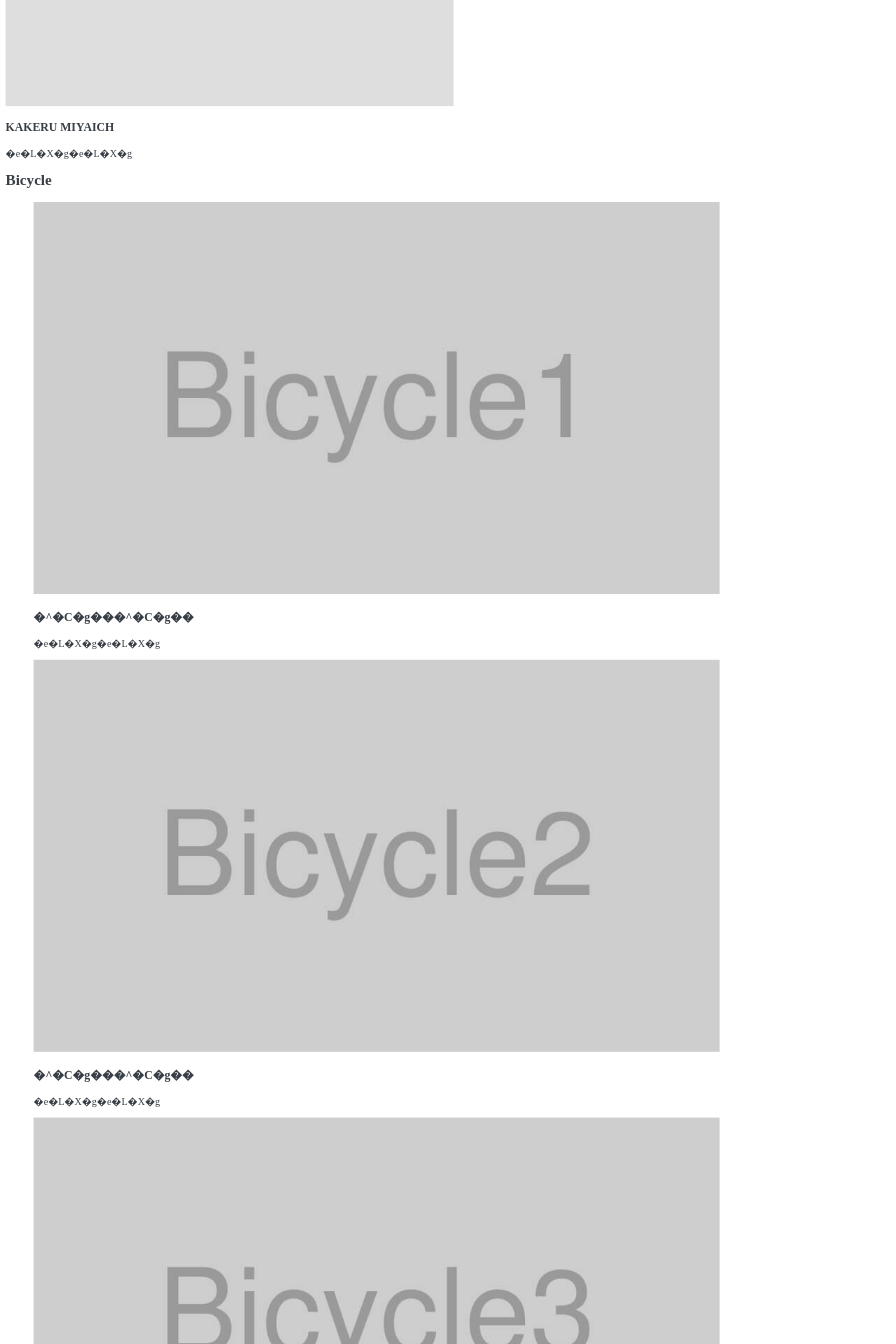
Repository: Fuki-san/bicycle
Page: http://localhost/profile
These files come from the project's save history. The page is drawn as it stood at one moment and after the next save; the edit follows.
The browser window is 1280 px wide. The pictures show the part of the page from y = 1911 to 3831 px (the page is 4194 px tall before and 4223 px after), at 70% of full size.
The page is served by the project's Laravel application, run on PHP 8.4 with Laravel 10. Other server files are loaded and not shown.

Above is the page before, as saved 2023-11-18 11:20:40.

### routes/web.php
<?php

use Illuminate\Support\Facades\Route;

/*
|--------------------------------------------------------------------------
| Web Routes
|--------------------------------------------------------------------------
|
| Here is where you can register web routes for your application. These
| routes are loaded by the RouteServiceProvider and all of them will
| be assigned to the "web" middleware group. Make something great!
|
*/

Route::get('profile', function() {
    return view('bicycle');
})->name('profile');

### resources/views/bicycle.blade.php
@extends('layouts.main')

@section('title', 'Bicycle')

### resources/views/layouts/main.blade.php
<!DOCTYPE html>
<html lang="ja">

<head>
    <meta charset="UTF-8">
    <meta name="viewport" content="width=device-width, initial-scale=1.0">
    <meta http-equiv="X-UA-Compatible" content="ie=edge">
    <link rel="stylesheet" href="{{ asset('css/reset.css') }}">
    <link rel="stylesheet" href="{{ asset('css/style.css') }}">
    <link rel="icon" href="images/img/favicon.ico">
    <title>@yield('title')</title>
</head>

<body>
    <header class="wrapper" id="header">
        <h1 class="site-title"><a href="{{ route('profile') }}"><img src="images/img/logo.svg"></a></h1>
        <nav>
            <ul>
                <li><a href="#about">About</a></li>
                <li><a href="#bicycle">Bicycle</a></li>
            </ul>
        </nav>
    </header>

    <main>
        <div id="mainvisual"><img src="images/img/mainvisual.jpg"></div>

        <section id="about" class="wrapper">
            <h2 class="section-title">About</h2>
            <div class="content">
                <img src="images/img/about.jpg">
                <div class="text">
                    <h3 class="content-title">KAKERU MIYAICH</h3>
                    <p>ƒeƒLƒXƒgƒeƒLƒXƒg</p>
                </div>
            </div>
        </section>

        <section id="bicycle" class="wrapper">
            <h2 class="section-title">Bicycle</h2>
                <ul>
                    <li><img src="images/img/bicycle1.jpg">
                        <h3 class="content-title">ƒ^ƒCƒgƒ‹ƒ^ƒCƒgƒ‹</h3>
                        <p>ƒeƒLƒXƒgƒeƒLƒXƒg</p>
                    </li>
                    <li><img src="images/img/bicycle2.jpg">
                        <h3 class="content-title">ƒ^ƒCƒgƒ‹ƒ^ƒCƒgƒ‹</h3>
                        <p>ƒeƒLƒXƒgƒeƒLƒXƒg</p>
                    </li>
                    <li><img src="images/img/bicycle3.jpg">
                        <h3 class="content-title">ƒ^ƒCƒgƒ‹ƒ^ƒCƒgƒ‹</h3>
                        <p>ƒeƒLƒXƒgƒeƒLƒXƒg</p>
                    </li>
                </ul>
        </section>
    </main>

    <footer id="footer">
        <p>&copy; 2023 Profile</p>
    </footer>
</body>

</html>

### public/css/style.css
@charset "UTF-8";

html{
    font-size: 100%;
}

body{
    font-size: 0.9rem;
    color: #383e45;
}

img{
    max-width: 100%;
}

li{
    list-style: none;
}

a{
    text-decoration: none;
}

.site-title a{
    display: block;
}

.section-title{
    display: ;
}

### public/img/logo.svg
<?xml version="1.0" encoding="utf-8"?>
<!-- Generator: Adobe Illustrator 15.1.0, SVG Export Plug-In . SVG Version: 6.00 Build 0)  -->
<!DOCTYPE svg PUBLIC "-//W3C//DTD SVG 1.1//EN" "http://www.w3.org/Graphics/SVG/1.1/DTD/svg11.dtd">
<svg version="1.1" id="レイヤー_1" xmlns="http://www.w3.org/2000/svg" xmlns:xlink="http://www.w3.org/1999/xlink" x="0px"
	 y="0px" width="1500px" height="500px" viewBox="0 0 1500 500" enable-background="new 0 0 1500 500" xml:space="preserve">
<g>
	<rect x="0" fill="#393E46" width="1500" height="500"/>
</g>
<g>
	<path fill="#FFFFFF" d="M314.698,365.466h-48.583v-232.55h106.235c45.02,0,72.227,28.825,72.227,74.493
		c0,21.052-11.66,74.169-74.171,74.169h-55.708V365.466z M359.719,241.417c36.275,0,36.275-25.911,36.275-36.275
		c0-22.672-12.632-32.064-42.754-32.064h-38.542v68.34H359.719z"/>
	<path fill="#FFFFFF" d="M478.26,193.158h43.4v29.799h0.646c9.395-17.49,19.758-34.333,47.288-34.333
		c2.915,0,5.83,0.323,8.745,0.647v45.992c-3.887-0.648-8.745-0.648-12.956-0.648c-35.303,0-41.78,22.024-41.78,41.133v89.718H478.26
		V193.158z"/>
	<path fill="#FFFFFF" d="M676.155,370c-46.315,0-88.097-28.501-88.097-90.688c0-62.186,41.781-90.688,88.097-90.688
		c46.316,0,88.097,28.503,88.097,90.688C764.252,341.499,722.472,370,676.155,370z M676.155,226.843
		c-34.979,0-41.457,30.445-41.457,52.47c0,22.023,6.478,52.469,41.457,52.469s41.458-30.445,41.458-52.469
		C717.613,257.288,711.135,226.843,676.155,226.843z"/>
	<path fill="#FFFFFF" d="M848.461,365.466h-45.344V225.547h-24.939v-32.389h24.939v-13.927c0-35.628,19.434-49.231,50.527-49.231
		c13.278,0,19.432,0.323,23.318,0.648v36.599h-12.631c-15.547,0-15.871,4.858-15.871,19.109v6.802h29.474v32.389h-29.474V365.466z"
		/>
	<path fill="#FFFFFF" d="M950.484,172.754H905.14v-42.105h45.345V172.754z M950.484,193.158v172.308H905.14V193.158H950.484z"/>
	<path fill="#FFFFFF" d="M1040.524,365.466h-45.344v-232.55h45.344V365.466z"/>
	<path fill="#FFFFFF" d="M1231.94,314.939c-11.982,41.457-46.314,55.061-75.788,55.061c-48.584,0-85.83-23.319-85.83-94.252
		c0-20.728,7.125-87.124,82.592-87.124c34.008,0,80.971,16.194,80.971,94.898v8.097h-118.219
		c1.296,12.956,3.887,42.105,40.486,42.105c12.631,0,25.586-6.479,29.148-18.785H1231.94z M1187.245,262.146
		c-2.591-27.855-20.404-36.275-34.979-36.275c-21.377,0-32.713,13.604-35.304,36.275H1187.245z"/>
</g>
</svg>

After the next save:
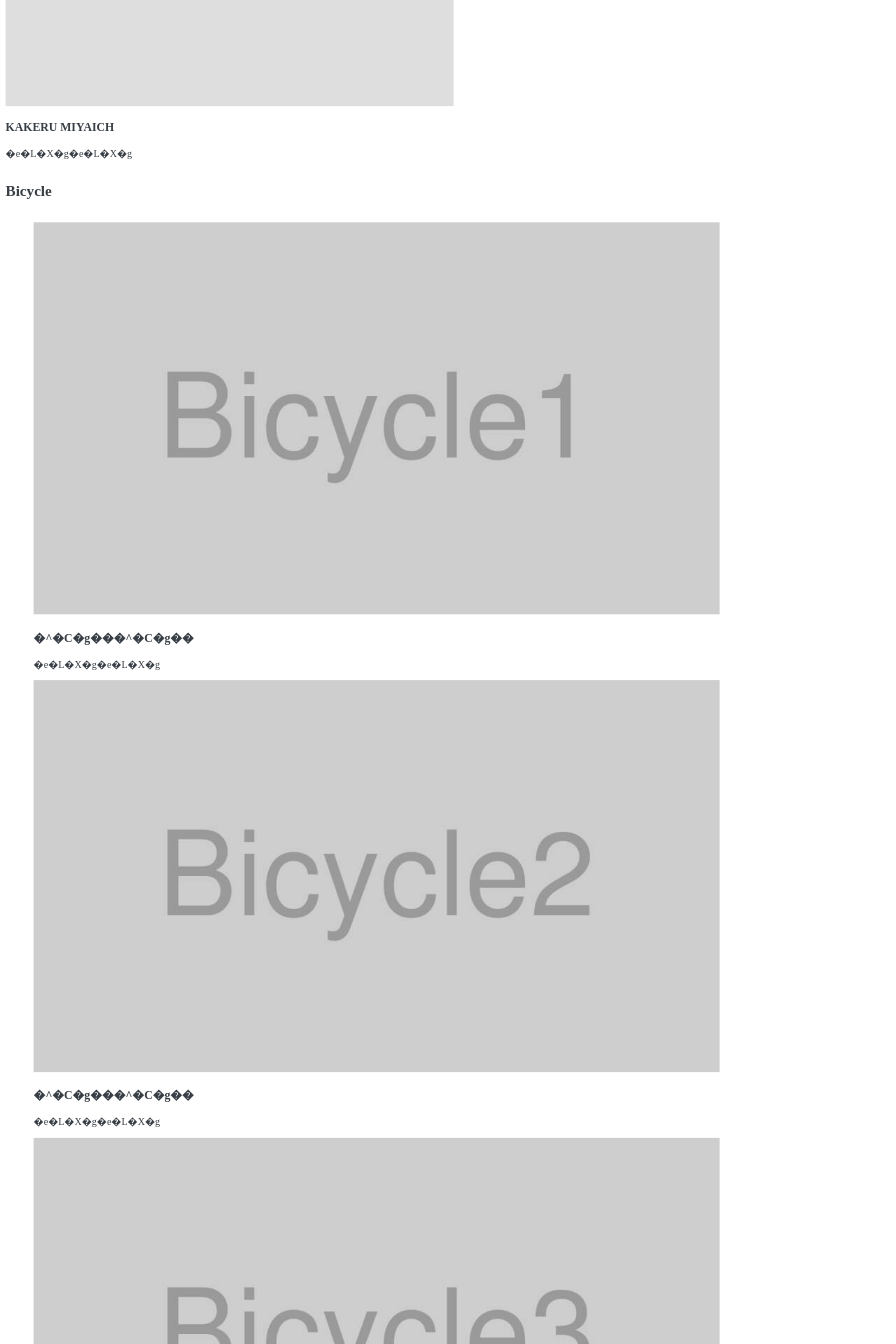
Saved 2 min 26 s later.
--- a/public/css/style.css
+++ b/public/css/style.css
@@ -26,5 +26,5 @@ a{
 }
 
 .section-title{
-    display: ;
+    display: inline-block;
 }
